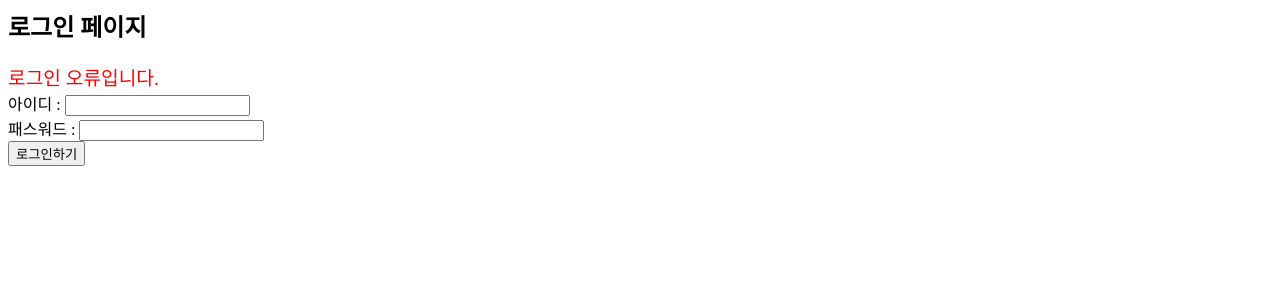
Repository: kimeuiyeob/KOPO_JSP_Study_2
Page: http://localhost/JspStudy/06Session/LoginProcess.jsp
These files come from the project's save history. The page is drawn as it stood at one moment and after the next save; the edit follows.
The browser window is 1280 px wide. The pictures show the whole page.
The page is served by Tomcat 9. Queries for data that is not in the repository find no rows.

Above is the page before, as saved 2023-06-21 04:48:33.

After the next save:
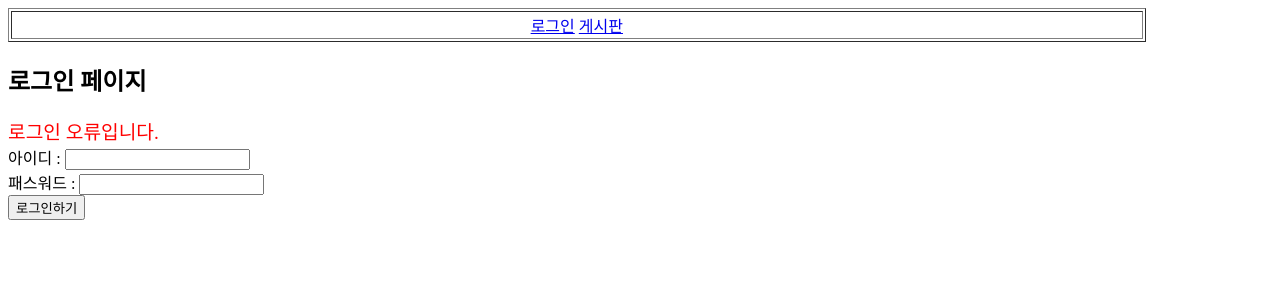
Saved 86 s later.
--- a/JspStudy/src/main/webapp/06Session/LoginForm.jsp
+++ b/JspStudy/src/main/webapp/06Session/LoginForm.jsp
@@ -5,7 +5,7 @@
 </head>
 <body>
 
-	<%--  <jsp:include page="../Common/Link.jsp" />--%>
+	<jsp:include page="../07Common/Link.jsp" />
 
 	<h2>로그인 페이지</h2>
 
